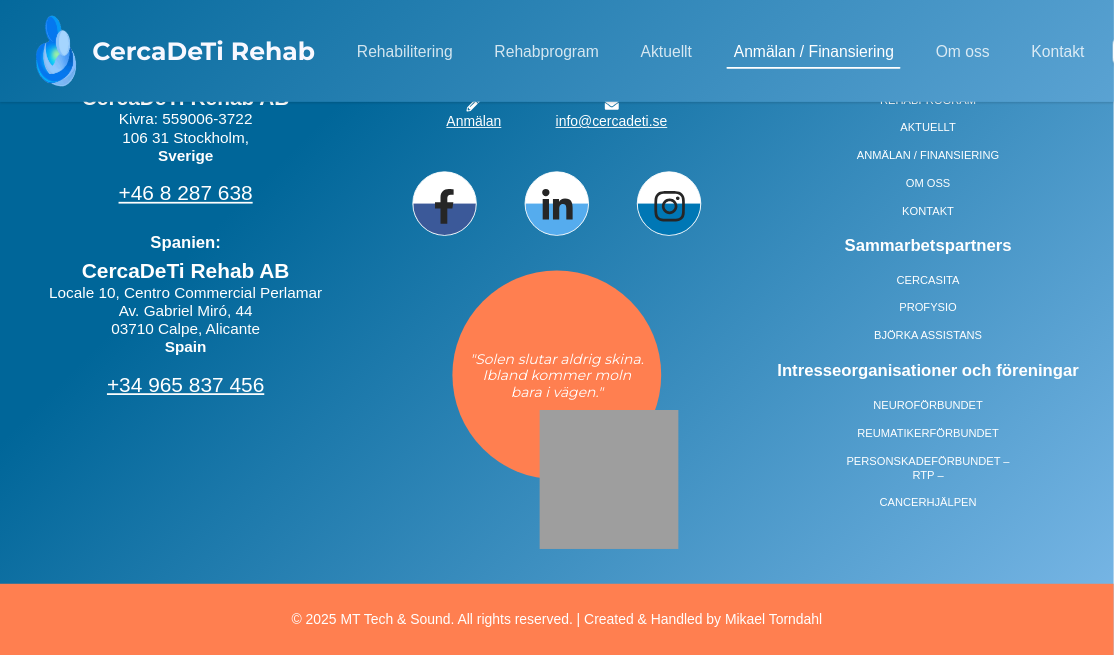
Repository: micketorndahl/CercaDeTi-rehab
Page: anmalan-form.html
An editor plug-in stored every save of this project. The page is shown before and after the next save, followed by the edit.
The browser window is 1280 px wide. The pictures show the whole page, at 87% of full size.
Pictures or frames that could not be fetched are drawn as grey boxes. The page's requests for data from a server got no answer. Some web fonts or font styles are not loaded; a fallback is used. Some web libraries are served in a nearby version.

Above is the page before, as saved 2025-02-01 18:17:19.
Console error: TypeError: Cannot read properties of null (reading 'addEventListener')

After the next save:
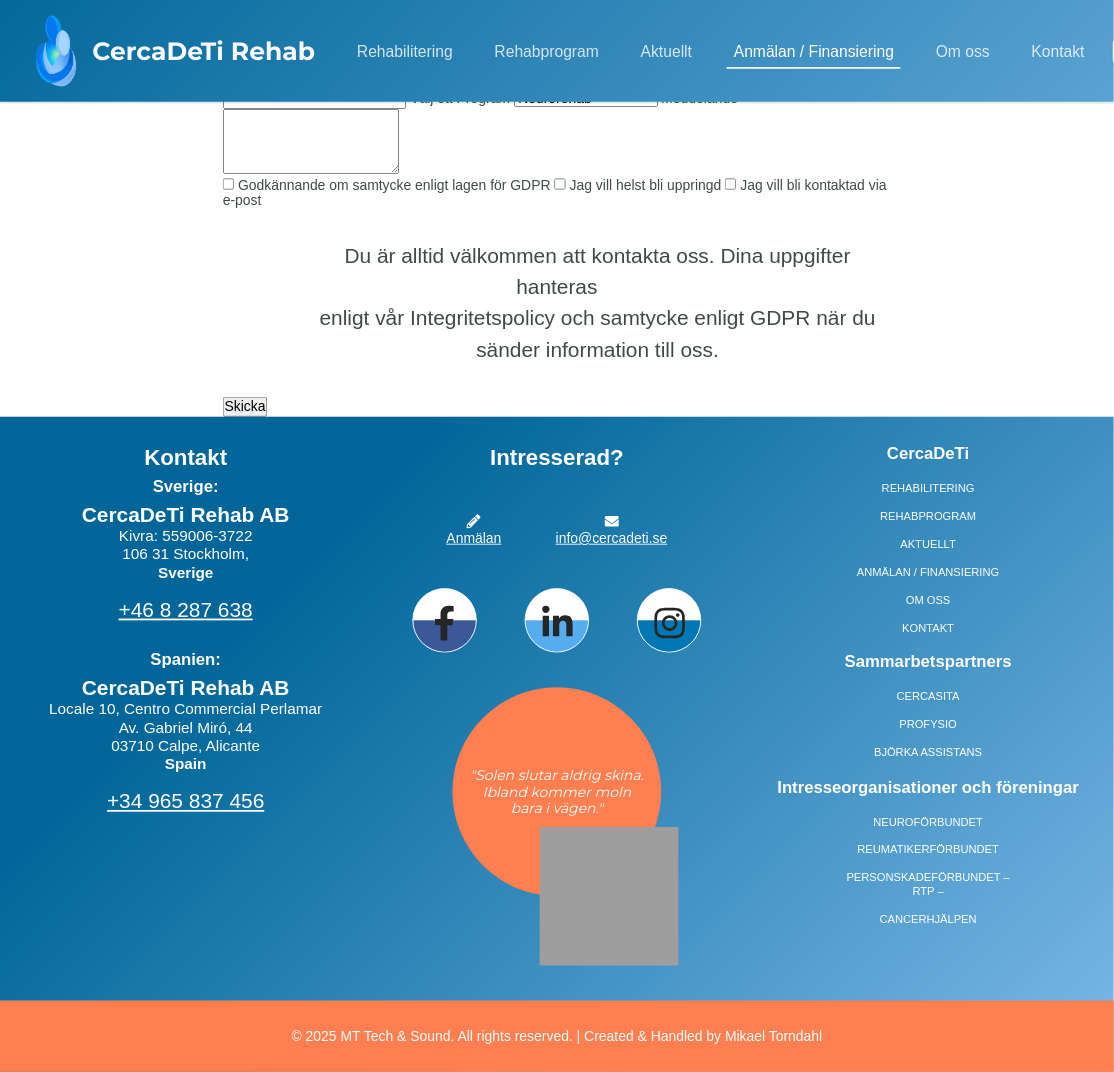
Saved 7 min 15 s later.
--- a/anmalan-form.html
+++ b/anmalan-form.html
@@ -73,7 +73,57 @@
         </div>
       </header>
 
-      <div class="content"></div>
+      <div class="content">
+        <div class="form-container">
+          <form class="contact-form">
+            <h2>Kontakta Oss</h2>
+
+            <label for="name">Namn</label>
+            <input type="text" id="name" name="name" required />
+
+            <label for="email">E-postadress</label>
+            <input type="email" id="email" name="email" required />
+
+            <label for="phone">Telefonnummer</label>
+            <input type="tel" id="phone" name="phone" required />
+
+            <label for="program">Välj ett Program</label>
+            <select id="program" name="program" required>
+              <option value="neurorehab">Neurorehab</option>
+              <option value="reumarehab">Reumarehab</option>
+              <option value="cancerrehab">Cancerrehab</option>
+              <option value="stressrehab">Stressrehab</option>
+              <option value="närståendeprogram">Närståendeprogram</option>
+            </select>
+
+            <label for="message">Meddelande</label>
+            <textarea id="message" name="message" rows="4" required></textarea>
+
+            <div class="checkbox-container">
+              <input type="checkbox" id="gdpr" name="gdpr" required />
+              <label for="gdpr"
+                >Godkännande om samtycke enligt lagen för GDPR</label
+              >
+
+              <input type="checkbox" id="call" name="call" />
+              <label for="call">Jag vill helst bli uppringd</label>
+
+              <input type="checkbox" id="emailContact" name="emailContact" />
+              <label for="emailContact"
+                >Jag vill bli kontaktad via e-post</label
+              >
+            </div>
+
+            <p class="info-text">
+              Du är alltid välkommen att kontakta oss. Dina uppgifter hanteras
+              enligt vår Integritetspolicy och samtycke enligt GDPR när du
+              sänder information till oss.
+            </p>
+
+            <button type="submit" class="submit-btn">Skicka</button>
+          </form>
+        </div>
+      </div>
 
       <!-- FOOTER START -->
       <footer class="footer-container">
